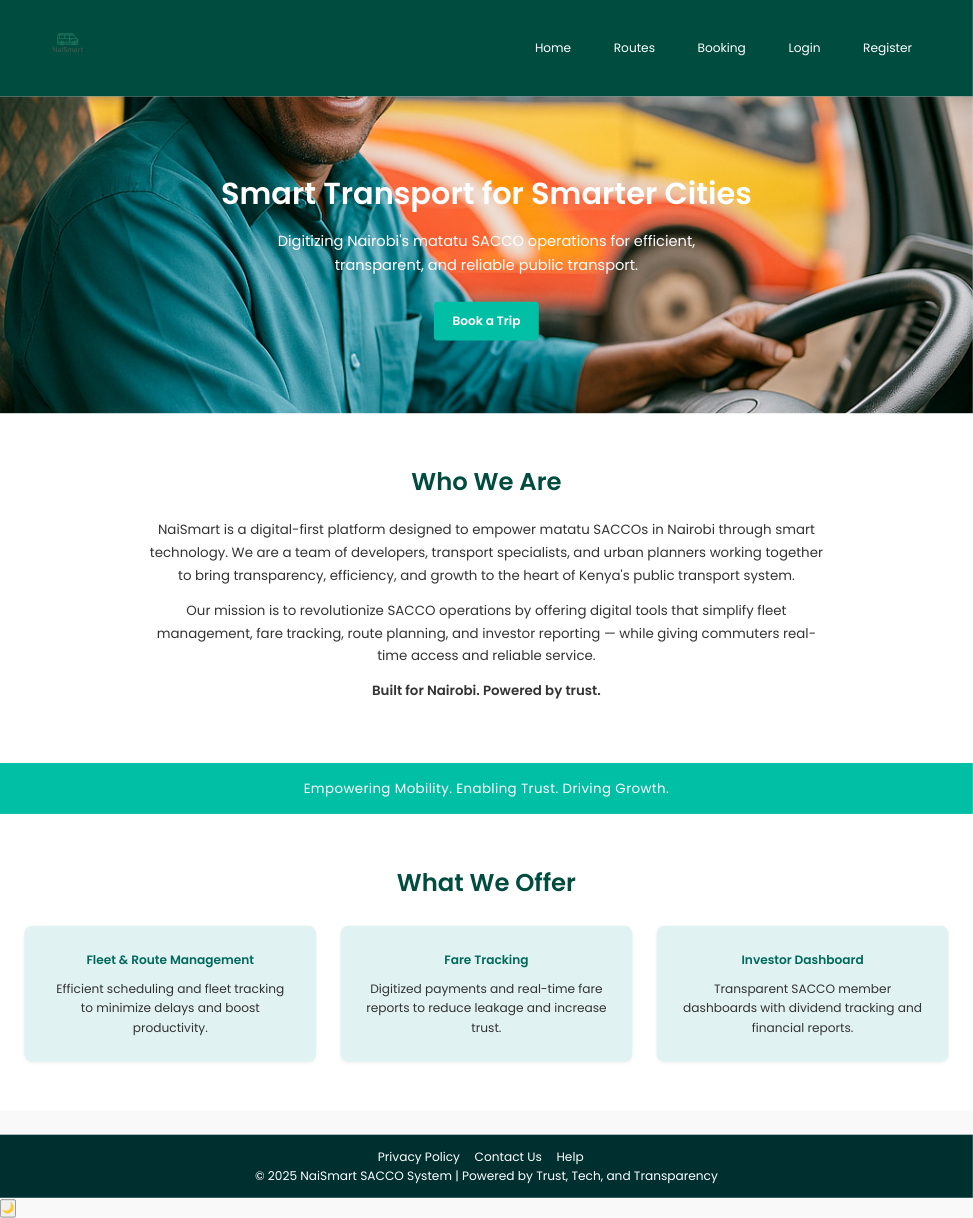
Repository: Ndegwa2/sacco
Page: http://localhost/
An editor plug-in stored every save of this project. The page is shown before and after the next save, followed by the edit.
The browser window is 1280 px wide. The pictures show the whole page, at 76% of full size.
The page is served by the project's application, run on Flask 3 (run.py). Other server files are loaded and not shown.

Above is the page before, as saved 2025-08-25 00:01:23.

### templates/index.html
<!DOCTYPE html>
<html lang="en">
<head>
  <meta charset="UTF-8" />
  <meta name="viewport" content="width=device-width, initial-scale=1.0"/>
  <title>NaiSmart SACCO System</title>
  <link href="https://fonts.googleapis.com/css2?family=Poppins:wght@400;600&display=swap" rel="stylesheet">
  <link rel="stylesheet" href="{{ url_for('serve_static', filename='styles.css') }}" />
  <link rel="stylesheet" href="{{ url_for('serve_static', filename='styles/navigation.css') }}">

</head>
<body>

  <!-- Navigation Bar -->
  <header>
    <nav>
      <div class="logo">
        <img src="{{ url_for('serve_static_client', filename='Naismart Logo.png') }}" alt="NaiSmart Logo" height="50">
      </div>
      <ul>
        <li><a href="{{ url_for('index') }}">Home</a></li>
        <li><a href="{{ url_for('serve_static_client', filename='routes.html') }}">Routes</a></li>
        <li><a href="{{ url_for('booking') }}">Booking</a></li>
        {% if current_user.is_authenticated %}
          {% if current_user.role == 'admin' %}
            <li><a href="{{ url_for('admin_dashboard') }}">Dashboard</a></li>
          {% elif current_user.role == 'employee' %}
            <li><a href="{{ url_for('employee_dashboard') }}">Dashboard</a></li>
          {% elif current_user.role == 'passenger' %}
            <li><a href="{{ url_for('passenger_dashboard') }}">Dashboard</a></li>
          {% endif %}
          <li><a href="{{ url_for('logout') }}">Logout</a></li>
        {% else %}
          <li><a href="{{ url_for('login') }}">Login</a></li>
          <li><a href="{{ url_for('register') }}">Register</a></li>
        {% endif %}
      </ul>
    </nav>
  </header>

  <!-- Hero Section -->
  <section class="hero">
    <h2>Smart Transport for Smarter Cities</h2>
    <p>Digitizing Nairobi's matatu SACCO operations for efficient, transparent, and reliable public transport.</p>
    <a href="{{ url_for('booking') }}" class="btn">Book a Trip</a>
  </section>

  <section class="about-us">
    <div class="about-container">
      <h3>Who We Are</h3>
      <p>
        NaiSmart is a digital-first platform designed to empower matatu SACCOs in Nairobi through smart technology.
        We are a team of developers, transport specialists, and urban planners working together to bring transparency, efficiency, and growth to the heart of Kenya's public transport system.
      </p>
      <p>
        Our mission is to revolutionize SACCO operations by offering digital tools that simplify fleet management, fare tracking, route planning, and investor reporting — while giving commuters real-time access and reliable service.
      </p>
      <p><strong>Built for Nairobi. Powered by trust.</strong></p>
    </div>
  </section>

  <section class="slogan-bar">
    <p>Empowering Mobility. Enabling Trust. Driving Growth. </p>
  </section>


  <!-- Services Overview -->
  <section class="services">
    <h3>What We Offer</h3>
    <div class="service-grid">
      <div>
        <h4>Fleet & Route Management</h4>
        <p>Efficient scheduling and fleet tracking to minimize delays and boost productivity.</p>
      </div>
      <div>
        <h4>Fare Tracking</h4>
        <p>Digitized payments and real-time fare reports to reduce leakage and increase trust.</p>
      </div>
      <div>
        <h4>Investor Dashboard</h4>
        <p>Transparent SACCO member dashboards with dividend tracking and financial reports.</p>
      </div>
    </div>
  </section>

  <!-- Footer -->
  <footer>
    <div class="footer-links">
      <a href="#">Privacy Policy</a>
      <a href="#">Contact Us</a>
      <a href="#">Help</a>
    </div>
    <p>&copy; 2025 NaiSmart SACCO System | Powered by Trust, Tech, and Transparency</p>
  </footer>

  <script src="{{ url_for('static', filename='js/dark-mode.js') }}"></script>
</body>
</html>

### static/styles.css
/* General reset and font */
* {
  margin: 0;
  padding: 0;
  box-sizing: border-box;
  font-family: 'Poppins', sans-serif;
}

body {
  background-color: #f9f9f9;
  color: #333;
  line-height: 1.6;
  font-family: 'Poppins', sans-serif;
}
.about-us {
  padding: 4rem 2rem;
  background-color: #ffffff;
  color: #333;
  text-align: center;
}

.about-container {
  max-width: 900px;
  margin: 0 auto;
}

.about-us h3 {
  font-size: 2rem;
  color: #004d40;
  margin-bottom: 1.5rem;
}

.about-us p {
  font-size: 1.1rem;
  line-height: 1.7;
  margin-bottom: 1rem;
}

/* Navbar */
header {
  background-color: #004d40;
  padding: 1rem 2rem;
  color: white;
}

nav {
  display: flex;
  justify-content: space-between;
  align-items: center;
}

nav .logo {
  font-size: 1.8rem;
  font-weight: bold;
  color: #ffffff;
}

.navbar-brand {
  color: #ffffff !important;
  font-weight: bold;
}

nav .logo a {
  color: #ffffff !important;
  text-decoration: none;
}

nav ul {
  list-style: none;
  display: flex;
  gap: 1.5rem;
}

nav ul li a {
  color: white;
  text-decoration: none;
  font-weight: 500;
  transition: all 0.3s ease;
}

nav ul li a:hover {
  text-decoration: underline;
  color: #ffffff;
  transform: translateY(-1px);
}

.navbar a:hover {
  text-decoration: underline;
  color: #ffffff;
}

/* Hero section */
.hero {
  background: url('/static/background2.png') no-repeat center center/cover;
  color: white;
  text-align: center;
  padding: 6rem 2rem;
}

.hero h2 {
  font-size: 2.5rem;
  margin-bottom: 1rem;
}

.hero p {
  font-size: 1.2rem;
  max-width: 600px;
  margin: 0 auto 2rem auto;
}

.btn {
  display: inline-block;
  background-color: #00bfa5;
  color: white;
  padding: 0.8rem 1.5rem;
  border-radius: 5px;
  text-decoration: none;
  font-weight: bold;
}

.btn:hover {
  background-color: #008e76;
}
/*logo styling*/
.logo img {
  height: 50px;
  object-fit: contain;
}
/*slogan bar*/
.slogan-bar {
  background-color: #00bfa5;
  color: white;
  text-align: center;
  padding: 1.2rem;
  font-size: 1.1rem;
  font-weight: 500;
  letter-spacing: 0.5px;
  box-shadow: 0 2px 5px rgba(0, 0, 0, 0.1);
}

/* Services Section */
.services {
  padding: 4rem 2rem;
  text-align: center;
  background-color: #fff;
}

.services h3 {
  font-size: 2rem;
  margin-bottom: 2rem;
  color: #004d40;
}

.service-grid {
  display: grid;
  grid-template-columns: repeat(auto-fit, minmax(250px, 1fr));
  gap: 2rem;
}

.service-grid div {
  background-color: #e0f2f1;
  padding: 2rem;
  border-radius: 10px;
  box-shadow: 0 2px 5px rgba(0,0,0,0.05);
}

.service-grid h4 {
  color: #00695c;
  margin-bottom: 0.8rem;
}

/* Footer */
footer {
  text-align: center;
  background-color: #002f2f;
  color: white;
  padding: 1rem;
  margin-top: 2rem;
}

footer a {
  color: #ffffff;
  text-decoration: none;
  margin-right: 15px;
}

footer a:hover {
  text-decoration: underline;
  color: #80cbc4;
}
/* Admin Header */
.admin-header {
  background-color: #00695c;
  color: white;
  padding: 1rem 2rem;
  display: flex;
  justify-content: space-between;
  align-items: center;
  position: fixed;
  width: 100%;
  top: 0;
  left: 0;
  z-index: 1000;
}

/* Admin Profile */
.admin-profile span {
  margin-right: 1rem;
  font-weight: bold;
}

/* Sidebar Navigation */
.admin-sidebar {
  background-color: #00695c;
  padding-top: 60px;
  height: 100vh;
  width: 200px;
  position: fixed;
  top: 0;
  left: 0;
  overflow-y: auto;
}

.admin-sidebar ul {
  list-style: none;
  padding: 0;
  margin: 0;
}

.admin-sidebar ul li a {
  display: block;
  padding: 1rem;
  color: white;
  text-decoration: none;
  transition: background-color 0.3s;
}

.admin-sidebar ul li a:hover,
.admin-sidebar ul li a.active {
  background-color: #004d40;
  font-weight: bold;
}

/* Main Content */
.admin-main {
  margin-left: 220px;
  margin-top: 80px;
  padding: 2rem;
  background-color: #f9f9f9;
  min-height: 100vh;
}

/* Section Styling */
.admin-section {
  background: #fff;
  padding: 2rem;
  border-radius: 10px;
  box-shadow: 0 0 10px rgba(0,0,0,0.05);
}

/* Add Button */
.add-btn {
  background-color: #00bfa5;
  color: white;
  padding: 0.6rem 1.2rem;
  border: none;
  border-radius: 6px;
  cursor: pointer;
  margin-bottom: 1rem;
}

/* Form Styling */
form#addFleetForm {
  background: #f1f8f6;
  padding: 1.5rem;
  border-radius: 8px;
  margin-bottom: 2rem;
  display: flex;
  flex-direction: column;
  gap: 1rem;
}

form input,
form select {
  padding: 0.7rem;
  border: 1px solid #ccc;
  border-radius: 4px;
  font-size: 1rem;
}

/* Table Styling */
.route-table {
  width: 100%;
  border-collapse: collapse;
  background-color: white;
  border-radius: 10px;
  overflow: hidden;
}

.route-table th,
.route-table td {
  padding: 1rem;
  text-align: left;
  border-bottom: 1px solid #ddd;
}

.route-table th {
  background-color: #004d40;
  color: white;
}

/* Status Badges */
.badge.active {
  background-color: #00bfa5;
  color: white;
  padding: 0.3rem 0.7rem;
  border-radius: 20px;
}

.badge.inactive {
  background-color: #ef5350;
  color: white;
  padding: 0.3rem 0.7rem;
  border-radius: 20px;
}

/* Action Buttons */
.edit-btn, .delete-btn {
  padding: 0.4rem 0.8rem;
  border: none;
  border-radius: 5px;
  cursor: pointer;
  margin-right: 0.5rem;
}

.edit-btn {
  background-color: #42a5f5;
  color: white;
}
/* Sacco Members Sidebar */
.sacco-members-sidebar {
  width: 200px;
  background-color: #004d40;
  color: white;
  padding: 1rem;
}

.sacco-members-sidebar ul {
  list-style: none;
  padding: 0;
}

.sacco-members-sidebar li {
  margin-bottom: 0.5rem;
}

.sacco-members-sidebar a {
  color: white;
  text-decoration: none;
}

.delete-btn {
  background-color: #ef5350;
  color: white;
}

/* Routes Section Styling */
.routes-section {
  padding: 40px 20px;
  text-align: center;
}

.routes-section h2 {
  font-size: 2rem;
  margin-bottom: 1.5rem;
  color: #004d40;
}

.route-cards {
  display: grid;
  grid-template-columns: repeat(auto-fit, minmax(300px, 1fr));
  gap: 2rem;
}

.route-card {
  margin: 20px;
  padding: 20px;
  border-radius: 12px;
  background-color: #e6f9f7;
  box-shadow: 0 4px 10px rgba(0, 0, 0, 0.1);
  min-width: 250px;
  max-width: 300px;
  transition: all 0.3s ease;
}

.route-card:hover {
  transform: scale(1.03);
  background-color: #e0f7fa;
  box-shadow: 0 6px 16px rgba(0, 0, 0, 0.15);
  transition: all 0.3s ease;
}

.route-card h3 {
  color: #00695c;
  margin-bottom: 0.5rem;
}

.route-card p {
  font-size: 1rem;
}

/* Booking Section Styling */
.booking-section {
  padding: 2rem;
  text-align: center;
}

.booking-box {
  width: 500px;
  margin: 0 auto;
  background-color: #f9f9f9;
  padding: 2rem;
  border-radius: 10px;
  box-shadow: 0 2px 5px rgba(0,0,0,0.1);
}

.booking-box h2 {
  font-size: 2rem;
  margin-bottom: 1.5rem;
  color: #004d40;
}

.booking-box label {
  display: block;
  margin-bottom: 0.5rem;
  font-weight: bold;
  color: #333;
}

.booking-box input[type="text"],
.booking-box input[type="date"],
.booking-box input[type="time"],
.booking-box select {
  width: 100%;
  padding: 0.7rem;
  margin-bottom: 1rem;
  border: 1px solid #ccc;
  border-radius: 4px;
  box-sizing: border-box;
}

.booking-box .btn {
  display: block;
  width: 100%;
  padding: 0.8rem 1.5rem;
  background-color: #00bfa5;
  color: white;
  border: none;
  border-radius: 5px;
  cursor: pointer;
  font-weight: bold;
}

.booking-box .btn:hover {
  background-color: #008e76;
}

/* Auth container styling */
.auth-container {
  width: 300px;
  margin: 50px auto;
  padding: 20px;
  background-color: #f0fdfc; /* Light teal */
  border: 1px solid #004d40; /* Dark teal */
  border-radius: 5px;
  text-align: center;
}

.auth-container h2 {
  margin-bottom: 20px;
  color: #333;
}

.auth-container input {
  width: 100%;
  padding: 10px;
  margin-bottom: 15px;
  border: 1px solid #ccc;
  border-radius: 4px;
  box-sizing: border-box;
}

.auth-container button {
  background-color: #00bfa5; /* Teal */
  color: white;
  padding: 12px 20px;
  border: none;
  border-radius: 5px;
  cursor: pointer;
  width: 100%;
}

.auth-container button:hover {
  background-color: #008e76; /* Darker teal */
}

.auth-container p {
  margin-top: 15px;
}

.auth-container a {
  color: #00bfa5; /* Teal */
}
.flashes {
  list-style: none;
  padding: 0;
  margin-bottom: 1rem;
}

.flash {
  padding: 0.75rem 1rem;
  border-radius: 5px;
  margin-bottom: 10px;
  color: #fff;
}

.flash.success {
  background-color: #4CAF50;
}

.flash.error {
  background-color: #F44336;
}
.dashboard-container {
  max-width: 600px;
  margin: 3rem auto;
  background: #f0fdfc;
  padding: 2rem;
  border-radius: 8px;
  box-shadow: 0 0 10px rgba(0, 105, 92, 0.2);
  text-align: center;
}

.dashboard-actions {
  margin-top: 1.5rem;
  display: flex;
  flex-direction: column;
  gap: 1rem;
}

.dashboard-btn {
  background-color: #00bfa5;
  color: white;
  text-decoration: none;
  padding: 0.8rem;
  border-radius: 6px;
  font-weight: bold;
  transition: background-color 0.3s;
}

.dashboard-btn:hover {
  background-color: #009688;
}

.logout-link {
  display: inline-block;
  margin-top: 2rem;
  text-decoration: none;
  color: #ef5350;
  font-weight: bold;
}

### static/styles/navigation.css
/* Consistent Navigation Styling */
nav {
  display: flex;
  flex-direction: column;
  align-items: center;
  background-color: #004d40;
  padding: 1rem 0;
  width: 100%;
}

nav .logo {
  margin-bottom: 1rem;
  text-align: center;
}

nav .logo a {
  color: white;
  text-decoration: none;
  font-size: 1.8rem;
  font-weight: bold;
}

nav ul {
  list-style: none;
  display: flex;
  justify-content: center;
  flex-wrap: wrap;
  gap: 1.5rem;
  padding: 0;
  margin: 0;
}

nav ul li a {
  color: white;
  text-decoration: none;
  font-weight: 500;
  padding: 0.5rem 1rem;
  border-radius: 4px;
  transition: background-color 0.3s;
}

nav ul li a:hover {
  background-color: #00695c;
}

nav ul li a.active {
  background-color: #00695c;
  font-weight: bold;
}

/* Responsive adjustments */
@media (min-width: 768px) {
  nav {
    flex-direction: row;
    justify-content: space-between;
    padding: 1rem 2rem;
  }

  nav .logo {
    margin-bottom: 0;
  }
}

Loaded but not shown: static/js/dark-mode.js (33 lines, source omitted); run.py (1529 lines, source omitted)

After the next save:
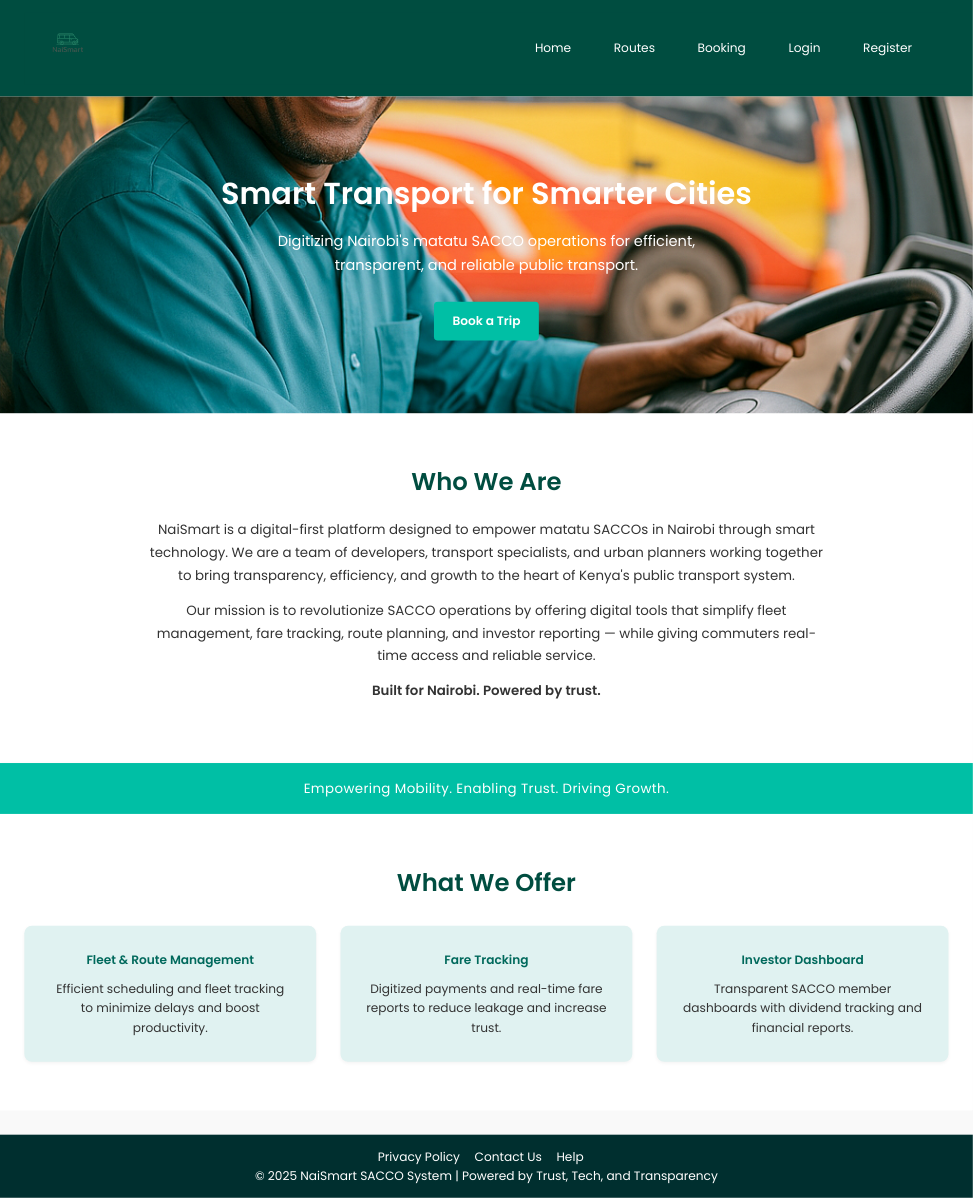
Saved 34 s later.
--- a/templates/index.html
+++ b/templates/index.html
@@ -93,6 +93,6 @@
     <p>&copy; 2025 NaiSmart SACCO System | Powered by Trust, Tech, and Transparency</p>
   </footer>
 
-  <script src="{{ url_for('static', filename='js/dark-mode.js') }}"></script>
+
 </body>
 </html>
